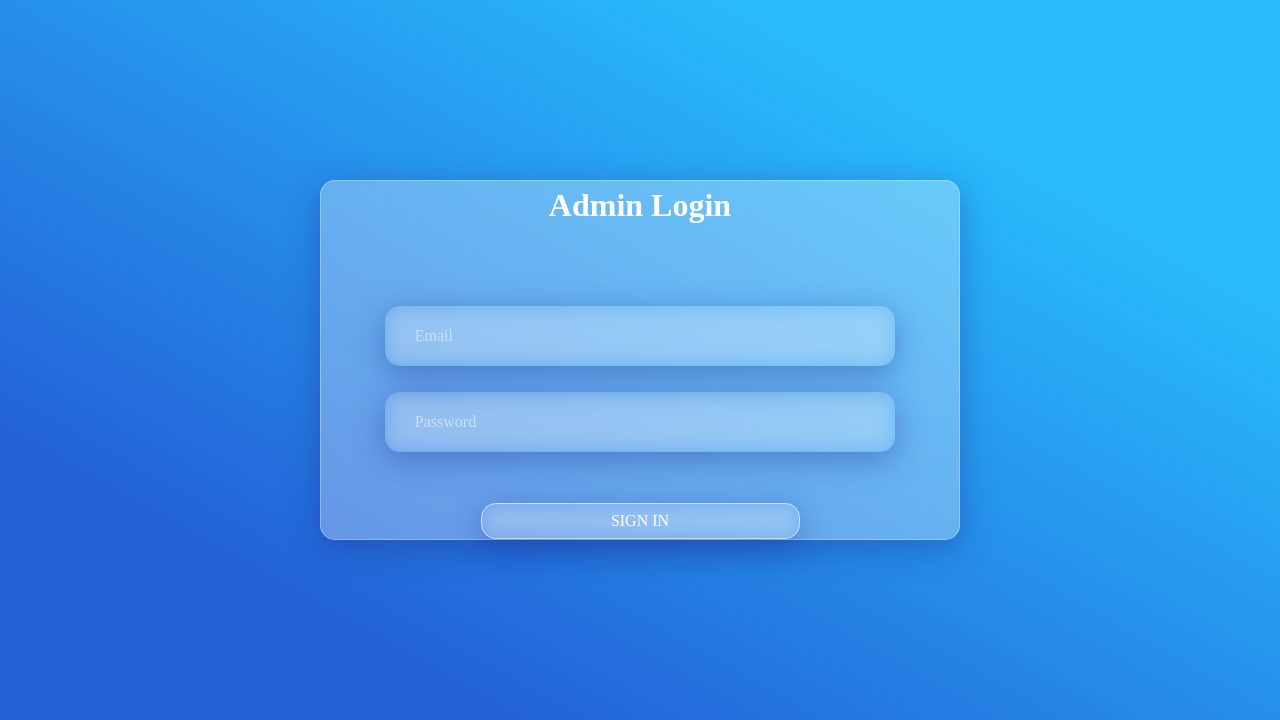
Repository: LEEYONGJUN3068/cms
Page: /login
An editor plug-in stored every save of this project. The page is shown before and after the next save, followed by the edit.
The browser window is 1280 px wide. The pictures show the whole page.
The page's requests for data from a server got no answer. The project was rebuilt for these pictures with package versions that can differ from the ones it lists, and the page was loaded fresh each time. The framework's server and built-in components were replaced by stand-ins that run in the browser. No one was signed in, and anything a server would have sent is missing. Also part of the build but not shown: next.config.mjs.

Above is the page before, as saved 2025-09-23 15:26:13.

After the next save:
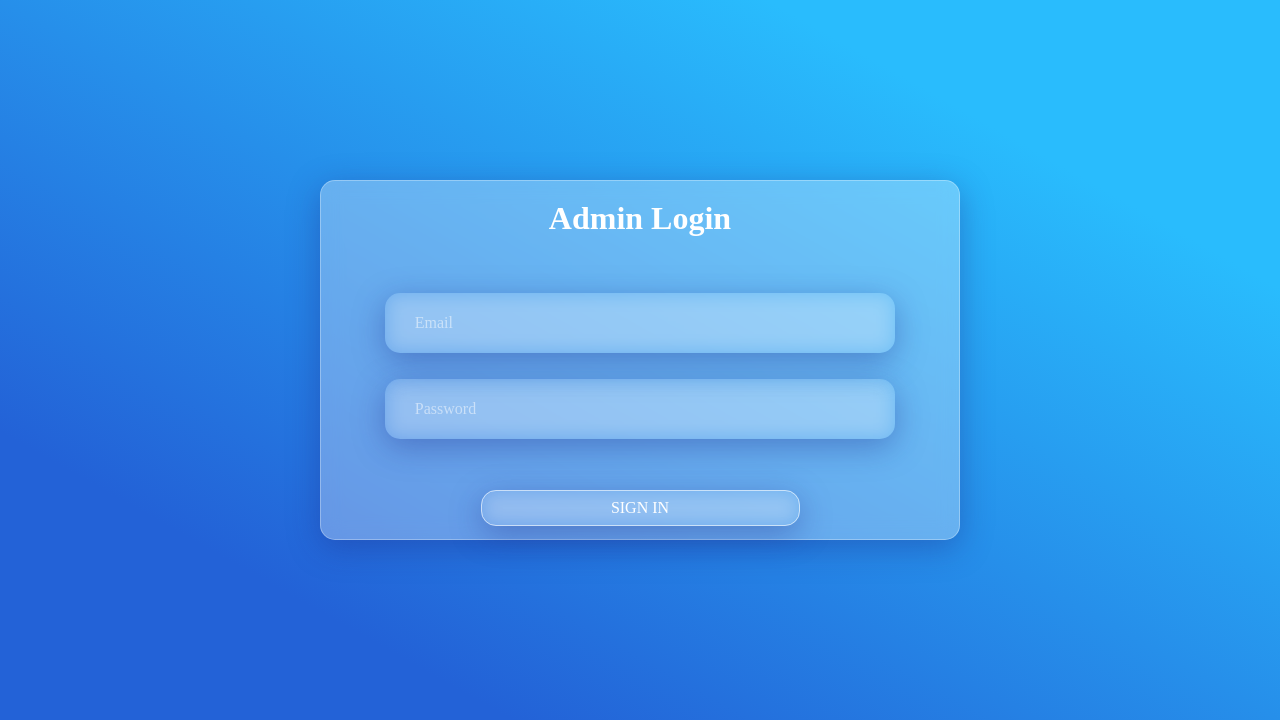
Saved 3 min 41 s later.
--- a/src/app/login/login.module.scss
+++ b/src/app/login/login.module.scss
@@ -47,6 +47,10 @@
             &:focus{
                 outline: none;
             }
+
+            &:first-child{
+                margin-top: 0;
+            }
         }
 
         form{
